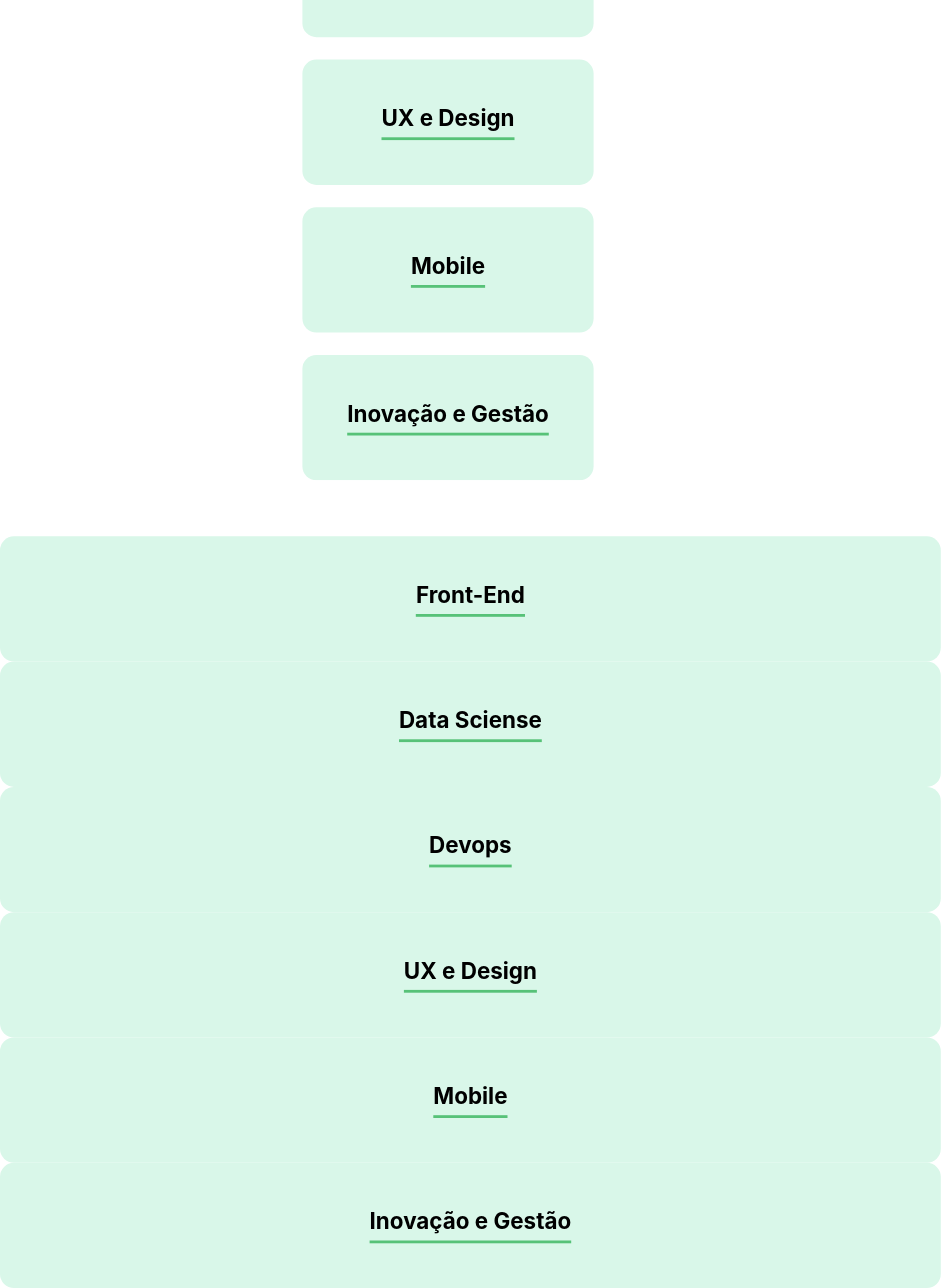
Repository: guilhermecardoso93/organo
Page: /
The author's editor kept a copy of each file at every save. The page is drawn from the files as they stood at one save, then again after the next save.
The browser window is 1280 px wide. The page is 1344 px wide, then 1280 px, so the pictures cover 1344 px, including what lies to the right of the window. The pictures show the part of the page from y = 2113 to 3953 px (the page is 3953 px tall before and 2879 px after), at 70% of full size.
The project was rebuilt for these pictures with package versions that can differ from the ones it lists, and the page was loaded fresh each time.

Above is the page before, as saved 2024-05-26 19:34:04.

### src/App.js
import { useState } from "react";
import { Banner } from "./components/Banner";
import { Form } from "./components/Form";
import { Times } from "./components/Times";
import { Time } from "./components/Times/components/Time";

export default function App(handleChangeColaboradores) {
  const [colaboradores, setColaboradores] = useState([]);
  const times = [
    {
      name: "Front-End",
      corPrimaria: "#82CFFA",
      corSecundaria: "#E8F8FF",
    },
    {
      name: "Data Sciense",
      corPrimaria: "#A6D157",
      corSecundaria: "#F0F8E2",
    },
    {
      name: "Devops",
      corPrimaria: "#E06B69",
      corSecundaria: "#FDE7E8",
    },
    {
      name: "UX e Design",
      corPrimaria: "#D86EBF",
      corSecundaria: "#FAE5F5",
    },
    {
      name: "Mobile",
      corPrimaria: "#FEBA05",
      corSecundaria: "#FFF5D9",
    },
    {
      name: "Inovação e Gestão",
      corPrimaria: "#FF8A29",
      corSecundaria: "#FFEEDF",
    },
  ];
  function handleNewColaboradores(colaborador) {
    setColaboradores([...colaboradores], colaborador);
    console.log(setColaboradores);
  }

  return (
    <div className="app">
      <Banner />
      <Form
        handleChangeColaboradores={(colaborador) =>
          handleNewColaboradores(colaborador)
        }
      />

      <Times />
      {times.map((time, index) => (
        <Time name={time.name} key={index}/>
      ))}
    </div>
  );
}

### src/components/Banner/index.js
import BannerBackground from "../../assets/imagens/banner.png";
import "./styles.css";

export function Banner() {
  return (
    <header className="background-banner">
      <img src={BannerBackground} alt="Banner Principal da Página da Orgona" />;
    </header>
  );
}

### src/components/Form/index.js
import { useState } from "react";

import { Button } from "../Button";
import { Input } from "../Input";
import { ListDropDown } from "../ListDropDown";

import "./styles.css";

export function Form(props) {
  const times = [
    "Programação",
    "Front-End",
    "Data Science",
    "Devops",
    "UX e Design",
    "Mobile",
    " Inovação e Gestão",
  ];

  const [name, setName] = useState("");
  const [cargo, setCargo] = useState("");
  const [imagem, setImagem] = useState("");
  const [teams, setTeams] = useState([]);

  function handleSubmit(event) {
    event.preventDefault();
    props.handleChangeColaboradores({ name, cargo, imagem, teams });
  }
  return (
    <section className="form">
      <form onSubmit={handleSubmit}>
        <h2>Preencha os dados para criar o card do colaborador</h2>
        <Input
          label="Nome"
          obrigatorio
          placeholder="Digite seu nome..."
          value={name}
          valueChange={(value) => setName(value)}
        />
        <Input
          label="Cargo"
          obrigatorio
          placeholder="Digite seu cargo..."
          value={cargo}
          valueChange={(value) => setCargo(value)}
        />
        <Input
          label="Imagem"
          obrigatorio
          placeholder="Digite seu nome"
          value={imagem}
          valueChange={(value) => setImagem(value)}
        />
        <ListDropDown
          itens={times}
          label="Times"
          value={teams}
          valueChange={(value) => setTeams(value)}
        />
        <Button> Criar Card</Button>
      </form>
    </section>
  );
}

### src/components/Times/index.js
import Imagem from "../../assets/imagens/logo.png";

import { Time } from "./components/Time";

import "./styles.css";
export function Times(props) {
  const times = [
    {
      name: "Front-End",
      corPrimaria: "#82CFFA",
      corSecundaria: "#E8F8FF",
    },
    {
      name: "Data Sciense",
      corPrimaria: "#A6D157",
      corSecundaria: "#F0F8E2",
    },
    {
      name: "Devops",
      corPrimaria: "#E06B69",
      corSecundaria: "#FDE7E8",
    },
    {
      name: "UX e Design",
      corPrimaria: "#D86EBF",
      corSecundaria: "#FAE5F5",
    },
    {
      name: "Mobile",
      corPrimaria: "#FEBA05",
      corSecundaria: "#FFF5D9",
    },
    {
      name: "Inovação e Gestão",
      corPrimaria: "#FF8A29",
      corSecundaria: "#FFEEDF",
    },
  ];
  return (
    <div className="times-container-main">
      <div>
        <h2>Minha Organização</h2>
      </div>
      <div className="times-container-list">
      {times.map((time, index) => (
        <Time name={time.name} key={index}/>
      ))}
      </div>
    </div>
  );
}

### src/components/Times/components/Time/index.js
import './styles.css';

export function Time(props) {
  return (
    <section className="time-container">
      <h3>{props.name}</h3>
    </section>
  );
}

### src/components/Banner/styles.css
.background-banner {
  background-color: #6278f7;
  text-align: center;
  padding-bottom: 1rem;
}

.background-banner img {
  max-width: 100%;
}

### src/components/Button/index.js
import "./styles.css";

export function Button(props) {
  return <button>{props.children}</button>;
}

### src/components/Input/index.js
import "./styles.css";

export function Input({ label, placeholder, obrigatorio, value, valueChange }) {
  function handleTap(event) {
    valueChange(event.target.value);
  }

  return (
    <div className="campo-texto">
      <label>{label}</label>
      <input
        placeholder={placeholder}
        required={obrigatorio}
        onChange={handleTap}
        value={value}
      />
    </div>
  );
}

### src/components/ListDropDown/index.js
import "./styles.css";

export function ListDropDown({ label, itens, value, valueChange, required }) {
  return (
    <div className="list-dropdown">
      <label>{label}</label>
      <select
        required={required}
        value={value}
        onChange={(event) => valueChange(event.target.value)}
      >
        {itens.map((item, index) => {
          return <option key={index}>{item}</option>;
        })}
      </select>
    </div>
  );
}

### src/components/Form/styles.css
.form {
  display: flex;
  justify-content: center;
  margin: 80px 0;
}

.form form {
  max-width: 80%;
  background-color: #f2f2f2;
  border-radius: 20px;
  padding: 36px 64px;
  box-shadow: 8px 8px 16px rgba(0,0,0, 0.8);
}

h2 {
  font-size: 1.75rem;
}

### src/components/Times/styles.css
.times-container-main {
  display: flex;
  flex-direction: column;
  justify-content: center;
  align-items: center;
  margin: 80px 0;
  overflow: hidden;
}

.times-container-list {
  display: flex;
  flex-direction: column;
  align-items: center;
  justify-content: center;
  gap: 2rem;
}

### src/components/Times/components/Time/styles.css
.time-container {
  text-align: center;
  padding: 32px;
  background-color: #d9f7e9;
  border-radius: 20px;
  width: 100%;
}

.time-container h3 {
  font-size: 2rem;
  border-bottom: 4px solid #57c278;
  display: inline-block;
  padding-bottom: 8px;
}

### src/components/Button/styles.css
button {
  background-color: #6278f7;
  color: white;
  border: none;
  border-radius: 10px;
  font-size: 1.3rem;
  font-weight: bold;
  padding: 32px;
  cursor: pointer;
}

button:hover {
  background-color: white;
  color: #6278f7;
  border: 4px solid #6278f7;
  padding: 28px;
}

### src/components/Input/styles.css
.campo-texto {
  display: flex;
  flex-direction: column;
  margin: 24px 0;
}

.campo-texto label {
  display: block;
  margin-bottom: 8px;
  font-size: 24px;
  font-weight: semi-bold;
}

.campo-texto input {
  background-color: #fff;
  box-shadow: 10px 10px 30px rgba(0, 0, 0, 0.06);
  width: 100%;
  border: none;
  font-size: 24px;
  padding: 24px;
  box-sizing: border-box;
  border-radius: 20px;
}

### src/components/ListDropDown/styles.css
.list-dropdown {
  display: flex;
  flex-direction: column;
  margin: 24px 0;
}

.list-dropdown label {
  display: block;
  margin-bottom: 8px;
  font-size: 24px;
  font-weight: semi-bold;
}

.list-dropdown select {
  background-color: #fff;
  box-shadow: 10px 10px 30px rgba(0, 0, 0, 0.06);
  width: 100%;
  border: none;
  font-size: 24px;
  padding: 24px;
  box-sizing: border-box;
  border-radius: 20px;
  color: #615c5c;
}

Loaded but not shown: public/index.html (common file); src/index.js (common file); src/index.css (common file)

After the next save:
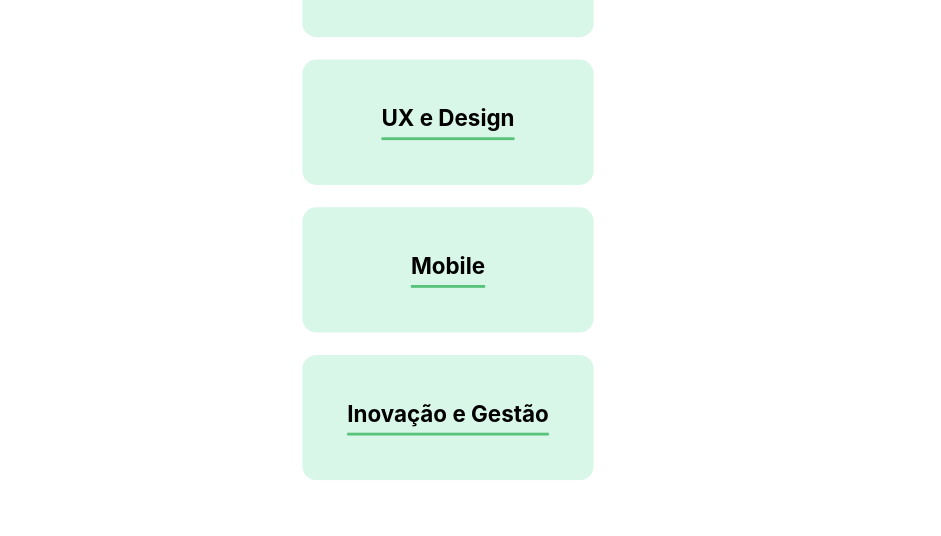
Saved 4 s later.
--- a/src/App.js
+++ b/src/App.js
@@ -6,38 +6,7 @@ import { Time } from "./components/Times/components/Time";
 
 export default function App(handleChangeColaboradores) {
   const [colaboradores, setColaboradores] = useState([]);
-  const times = [
-    {
-      name: "Front-End",
-      corPrimaria: "#82CFFA",
-      corSecundaria: "#E8F8FF",
-    },
-    {
-      name: "Data Sciense",
-      corPrimaria: "#A6D157",
-      corSecundaria: "#F0F8E2",
-    },
-    {
-      name: "Devops",
-      corPrimaria: "#E06B69",
-      corSecundaria: "#FDE7E8",
-    },
-    {
-      name: "UX e Design",
-      corPrimaria: "#D86EBF",
-      corSecundaria: "#FAE5F5",
-    },
-    {
-      name: "Mobile",
-      corPrimaria: "#FEBA05",
-      corSecundaria: "#FFF5D9",
-    },
-    {
-      name: "Inovação e Gestão",
-      corPrimaria: "#FF8A29",
-      corSecundaria: "#FFEEDF",
-    },
-  ];
+
   function handleNewColaboradores(colaborador) {
     setColaboradores([...colaboradores], colaborador);
     console.log(setColaboradores);
@@ -53,9 +22,7 @@ export default function App(handleChangeColaboradores) {
       />
 
       <Times />
-      {times.map((time, index) => (
-        <Time name={time.name} key={index}/>
-      ))}
+
     </div>
   );
 }
